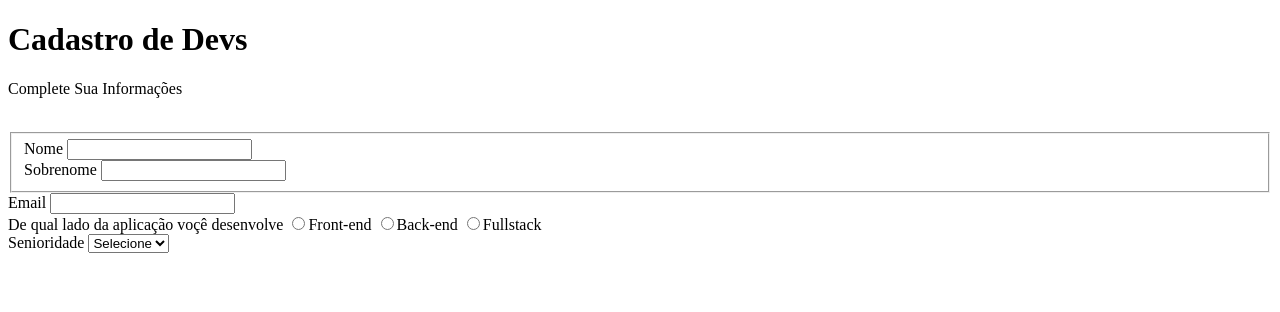
Repository: 2020francesco/formulario
Page: formulario.html
The author's editor kept a copy of each file at every save. The page is drawn from the files as they stood at one save, then again after a run of saves.
The browser window is 1280 px wide. The pictures show the whole page.

Above is the page before, as saved 2021-04-20 11:53:45.

### formulario.html
<!DOCTYPE html>
<html lang="en">
  <head>
    <meta charset="utf-8">
    <meta name="viewport" content="width=device-width, initial-scale=1.0">

    <title>Cadastro</title>
  </head>
  <body>

    <div>
      <h1>Cadastro de Devs</h1>
      <p>Complete Sua Informações</p>
      <br>
    </div>

    <form>
      <fieldset>
        <div>
          <label>Nome</label>
          <input type="text" name="nome" id="nome">
        </div>

        <div>
          <label>Sobrenome</label>
          <input type="text" name="sobrenome" id="sobrenome">
        </div>
      </fieldset>

      <div>
        <label>Email</label>
        <input type="email" name="email" id="email">
      </div>

      <div>
        <label>De qual lado da aplicação voçê desenvolve</label>
        <label>
          <input type="radio" name="devweb" value="frontend">Front-end
        </label>

        <label>
          <input type="radio" name="devweb" value="backend">Back-end
        </label>

        <label>
          <input type="radio" name="devweb" value="fullstack">Fullstack
        </label>
      </div>

      <div>
        <label>Senioridade</label>
        <select id="senioridade">
          <option selected disabled value="">Selecione</option>
          <option>Júnior</option>
          <option>Pleno</option>
          <option>Senior</option>
        </select>
      </div>
    </form>

  </body>
</html>

After the next 4 saves:
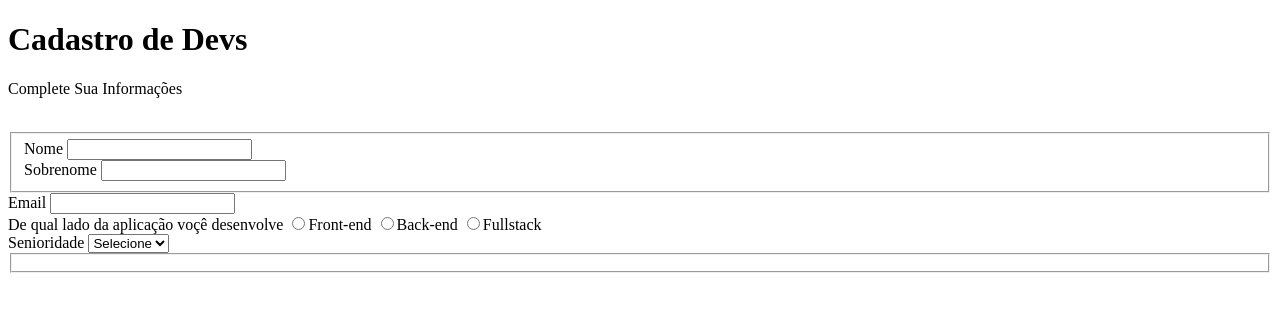
The 4 saves are shown as one change because they came seconds apart.
The last was saved 20 s later.
--- a/formulario.html
+++ b/formulario.html
@@ -56,6 +56,8 @@
           <option>Senior</option>
         </select>
       </div>
+
+      <fieldset></fieldset>
     </form>
 
   </body>
